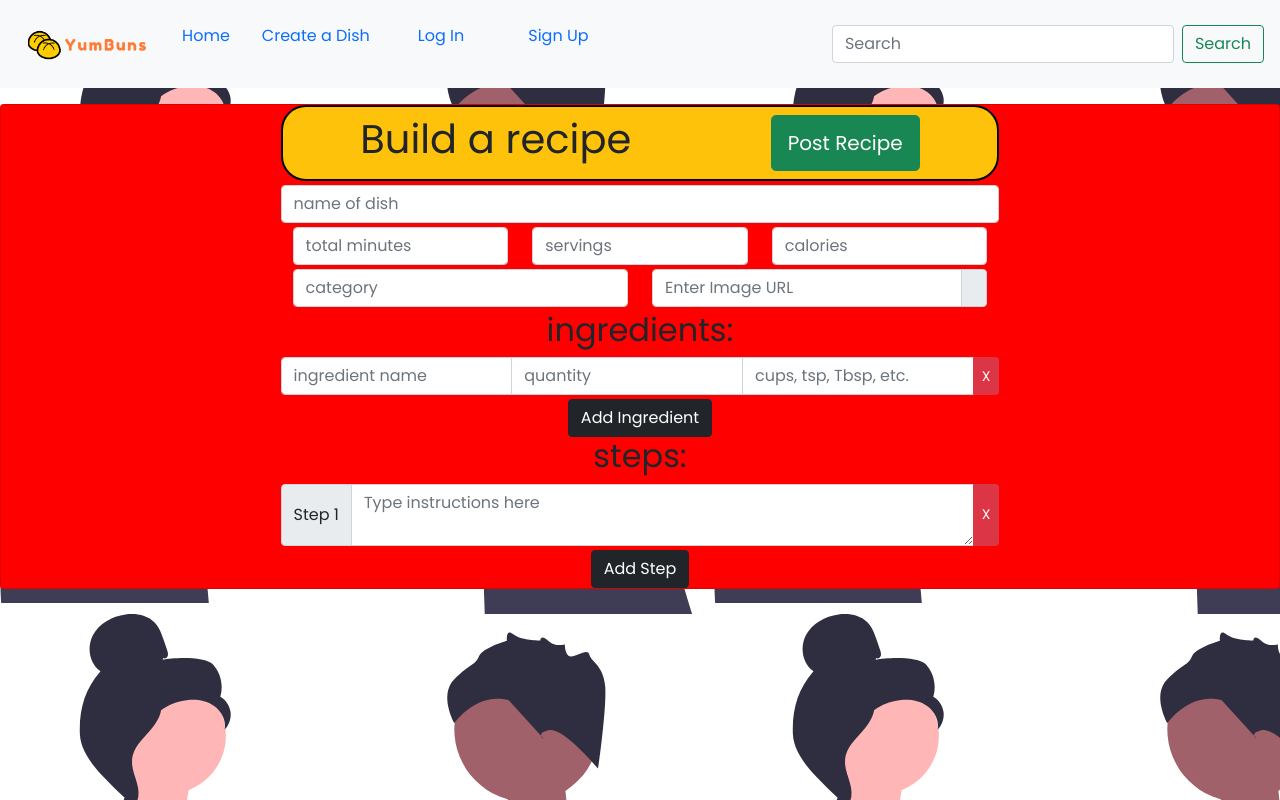
Repository: mottad14/yumBuns
Page: /create (app in client/)
The author's editor kept a copy of each file at every save. The page is drawn from the files as they stood at one save, then again after the next save.
The browser window is 1280 px wide. The pictures show the whole page.
Some web fonts or font styles are not loaded; a fallback is used. The project was rebuilt for these pictures with package versions that can differ from the ones it lists, and the page was loaded fresh each time. Also part of the build but not shown: client/src/components/RecipePreview.js, client/src/views/Main.js, client/src/views/Login.js, client/src/views/NewAccount.js, client/src/views/Recipe.js, client/src/components/SubscribePop.css, client/src/components/SignUp.jsx, client/src/components/SubscribePop.js.

Above is the page before, as saved 2022-07-30 12:57:54.

### client/public/index.html
<!DOCTYPE html>
<html lang="en">
  <head>
    <meta charset="utf-8" />
    <link rel="icon" href="%PUBLIC_URL%/favicon.ico" />
    <meta name="viewport" content="width=device-width, initial-scale=1" />
    <meta name="theme-color" content="#000000" />
    <meta
      name="description"
      content="Web site created using create-react-app"
    />
    <!--
      Notice the use of %PUBLIC_URL% in the tags above.
      It will be replaced with the URL of the `public` folder during the build.
      Only files inside the `public` folder can be referenced from the HTML.

      Unlike "/favicon.ico" or "favicon.ico", "%PUBLIC_URL%/favicon.ico" will
      work correctly both with client-side routing and a non-root public URL.
      Learn how to configure a non-root public URL by running `npm run build`.
    -->
    <title>Yumbuns</title>
  </head>
  <body>
    <noscript>You need to enable JavaScript to run this app.</noscript>
    <div id="root"></div>
    <!--
      This HTML file is a template.
      If you open it directly in the browser, you will see an empty page.

      You can add webfonts, meta tags, or analytics to this file.
      The build step will place the bundled scripts into the <body> tag.

      To begin the development, run `npm start` or `yarn start`.
      To create a production bundle, use `npm run build` or `yarn build`.
    -->
  </body>
</html>

### client/src/index.js
import React from 'react';
import ReactDOM from 'react-dom';
import './index.css';
import App from './App';
import reportWebVitals from './reportWebVitals';
import {BrowserRouter} from "react-router-dom";

ReactDOM.render(
    <React.StrictMode>
      <BrowserRouter>
            <App />
      </BrowserRouter>
    </React.StrictMode>,
    document.getElementById('root')
);



// If you want to start measuring performance in your app, pass a function
// to log results (for example: reportWebVitals(console.log))
// or send to an analytics endpoint. Learn more: https://bit.ly/CRA-vitals
reportWebVitals();

### client/src/App.js
import React from 'react';
import 'bootstrap/dist/css/bootstrap.min.css';
import {Switch, Route} from "react-router-dom";
import './App.css';
import NavBar from './components/NavBar';
import Main from './views/Main';
import Login from './views/Login'
import NewAccount from "./views/NewAccount"
import Create from './views/Create';
import Recipe from './views/Recipe';
import SubscribePop from './components/SubscribePop';
import {useState, useEffect} from 'react'
import { AuthContextProvider } from "./contexts/AuthContext";
import eating from "./imgs/cooking.svg"



function App() {
  const [timedPopup, setTimedPopup] = useState (false);

  useEffect(() => {
    setTimeout(() => {
      setTimedPopup(true)
    }, 45000)
  }, [])


  return (

    <div className="App" style={{ backgroundImage: `url(${eating})` }}>
      <div >

          <div className="">
              <AuthContextProvider>
                <NavBar/>
                  <Switch>
                    <Route exact path="/">
                      <Main/>
                    </Route>

                    <Route exact path="/login">
                      <Login/>
                    </Route>

                    <Route exact path="/signup">
                      <NewAccount/>
                    </Route>

                    <Route path="/view/single/:_id">
                      <Recipe/>
                    </Route>

                    <Route exact path="/create">
                      <Create/>
                    </Route>
                  </Switch>

                  <SubscribePop trigger={timedPopup} setTrigger={setTimedPopup}>
                  </SubscribePop>
              </AuthContextProvider>

          </div>
       </div>
    </div>
  );
}

export default App;

### client/src/App.css
@import url('https://fonts.googleapis.com/css2?family=BIZ+UDGothic&family=Poppins&display=swap');

.App {
  font-family: 'BIZ UDGothic', sans-serif;
  font-family: 'Poppins', sans-serif;
  text-align: center;
  min-height: 800px;
}

.recipePreview{
  border: 3px solid rgb(177, 177, 177);
  min-height: 300px;
  width: 250px;
  background-color: rgb(254, 194, 10);
  border-left-style: dotted;
  border-right-style: dotted;
  border-radius: 10%;

}

.recipePreview > img{
  width: 95%;
  border-radius: 10%;
}
.recipePreview >div{
  align-items: center;

}

.Logo{
  margin-left: 10px;
  height: 30px;
}

.sticky{
  position: sticky;
  top: 0;
  z-index: 999;
  background-color: rgb(254, 194, 10);
  border: 2px solid black;
  border-radius: 25px;
}

.thumbnailBox > img{
  height: 40px;
}

.thumbnailBox > img:hover{
  height: 125px;
}

### client/src/components/NavBar.js
import React from "react";
import { Link } from "react-router-dom"
import Nav from 'react-bootstrap/Nav';
import YumBuns from "../imgs/YumBunsLogo.png"

const NavBar = (props) => {
    return(
            <nav className="navbar navbar-expand-sm bg-light mb-3">
                <Link className="navbar-brand mx-3" to="/">  <img className="Logo" src={YumBuns} alt="Logo" /> </Link>

                <div className="collapse navbar-collapse" id="navbarSupportedContent">
                <ul className="navbar-nav me-auto mb-2 mb-lg-0">
                    <li className="nav-item">
                    <Nav.Link> <Link className="nav-link btn-outline-warning" aria-current="page" to="/">Home</Link> </Nav.Link>
                    </li>
                    <li className="nav-item">
                    <Nav.Link> <Link className="nav-link btn-outline-warning" to="/create">Create a Dish</Link> </Nav.Link>
                    </li>
                    <li className="nav-item">
                    <Nav.Link> <Link className="nav-link d-flex mx-3 btn-outline-warning" to="/login"> Log In</Link> </Nav.Link>
                    </li>
                    <li className="nav-item">
                    <Nav.Link>  <Link className="nav-link d-flex mx-3 btn-outline-warning" to="/signup">    <p onClick={() => props.setTrigger(true)}> Sign Up </p>    </Link> </Nav.Link>
                    </li>
                </ul>
                <form className="d-flex mx-3" role="search">
                    <input className="form-control me-2" type="search" placeholder="Search" aria-label="Search" />
                    <button className="btn btn-outline-success" type="submit">Search</button>
                </form>
            </div>
            </nav>
    )
}

export default NavBar;

### client/src/views/Create.js
import React, {useState} from "react";
import axios from "axios"
import { useHistory } from "react-router-dom";
import { Card } from "react-bootstrap";


const Create = (props) => {
    const [form, setForm] = useState({
        name:"",
        minutes: 0,
        servings: null,
        calories: null,
        category: "",
        imgURL: "",
        steps:[""], //Steps is going to need its own onChange-handler
        ingredients:[ //Ingredients will also need its own onChange-handler
            {amount: "", name:"", measurement:""}
        ]
    })

    const history = useHistory();

    const onChangeHandler = (event) =>{
        setForm({
            ...form,
            [event.target.name]: event.target.value
        })
    }

    const onAddStep = (event)=>{
        event.preventDefault();
        const copyForm = {...form};
        copyForm.steps.push("")
        setForm(copyForm);

    }

    const onAddIngredient = (event) =>{
        event.preventDefault();
        const copyForm = {...form};
        copyForm.ingredients.push({ amount: undefined, name: "", measurement: ""})
        setForm(copyForm);
    }

    const onRemoveIngredient = (event, i)=>{
        event.preventDefault();
        const copyForm = {...form}
        copyForm.ingredients.splice(i,1)
        setForm(copyForm)
    }

    const onRemoveStep = (event, i)=>{
        event.preventDefault();
        const copyForm = {...form}
        copyForm.steps.splice(i,1)
        setForm(copyForm)
    }

    const onChangeStep = (event, i)=>{
        const copyForm = {...form};
        copyForm.steps[i] = event.target.value;
        setForm(copyForm)
    }

    const onChangeIngredient = (event, i) => {
        const copyForm = {...form};
        copyForm.ingredients[i][event.target.name] = event.target.value;
        setForm(copyForm);
    }

    const onSubmitHandler = (event) => {
        event.preventDefault();
        axios.post("http://localhost:8000/api/recipes/create", form)
            .then(res=>{
                history.push("/");
            })
            .catch(err=>{
                console.log(err)
            })
    };

    return (
        <Card style={{backgroundColor: "red"}}>

           <form className="d-block w-75 mx-auto" onSubmit={onSubmitHandler}>
               <div className="d-flex justify-content-around sticky d-block w-75 mx-auto p-2">
                    <h1> Build a recipe</h1>
                    <input type="submit" className="btn btn-lg btn-success" value="Post Recipe" />
                </div>

               <div className="form-group d-block w-75 mx-auto my-1">
                   <input type="text" name="name" onChange={onChangeHandler} className="form-control" placeholder="name of dish" />
               </div>

               <div className="row my-1 w-75 mx-auto">
                   <div className="col">
                       <input type="number" name="minutes" onChange={onChangeHandler} className="form-control" placeholder="total minutes" aria-label="minutes"/>
                   </div>
                    <div className="col">
                       <input type="number" name="servings" onChange={onChangeHandler} className="form-control" placeholder="servings" aria-label="servings"/>
                   </div>
                    <div className="col">
                       <input type="number" name="calories" onChange={onChangeHandler} className="form-control" placeholder="calories" aria-label="calories"/>
                   </div>
               </div>

                <div className="row my-1 w-75 mx-auto">
                   <div className="col">
                       <input type="text" name="category" onChange={onChangeHandler} className="form-control" placeholder="category" aria-label="category"/>
                   </div>
                    <div className="col input-group">
                       <input type="text" name="imgURL" onChange={onChangeHandler} className="form-control" placeholder="Enter Image URL" aria-label="imageURL"/>
                       <span className="input-group-text thumbnailBox">{form.imgURL.length > 0 && <img src={form.imgURL} alt="image thumbnail" />}</span>
                   </div>
               </div>

               <h2>ingredients:</h2>
               {
                   form.ingredients.map((ingredient, i)=> {
                   return (
                       <div key={i} className="input-group my-1 mx-auto w-75">
                        <input type="text" value={ingredient.name} onChange={(event)=>onChangeIngredient(event, i)} className="form-control" placeholder="ingredient name" name="name" aria-label="amount" />
                        <input type="number" value={ingredient.amount} onChange={(event)=>onChangeIngredient(event, i)} className="form-control" placeholder="quantity" name="amount" aria-label="amount" />
                        <input type="text" value={ingredient.measurement} onChange={(event)=>onChangeIngredient(event, i)} className="form-control" placeholder="cups, tsp, Tbsp, etc." name="measurement" aria-label="amount"/>
                        <button  className="btn btn-sm btn-danger" onClick={(event)=>onRemoveIngredient(event, i)}>X</button>
                    </div>)
                   })
               }
                <button onClick={onAddIngredient} className="btn btn-dark">Add Ingredient</button>

               <h2>steps:</h2>
               {
                   form.steps.map((step, i)=>{
                       return <div key={i} className="input-group my-1 mx-auto w-75">
                                <span className="input-group-text" key={i}> Step {i+1}</span>
                                <textarea onChange={(event)=>onChangeStep(event, i)} value={step} placeholder="Type instructions here" className="form-control col-12" aria-label="With textarea"></textarea>
                                <button className="btn btn-sm btn-danger" onClick={(event)=>onRemoveStep(event, i)}>X</button>
                       </div>
                   })
               }
               <button onClick={onAddStep} className="btn btn-dark">Add Step</button>
           </form>

        </Card>
    )

}

export default Create;

### client/src/contexts/AuthContext.js
import { createContext, useContext, useEffect, useState } from "react";
import {createUserWithEmailAndPassword,
    signInWithEmailAndPassword,
    signOut,
    onAuthStateChanged}
    from "firebase/auth"
import { auth } from "../firebase";

const UserContext = createContext();

export const AuthContextProvider = ({children}) => {
    const [user, setUser] = useState({})

    const createUser = (email, password) => {
        return (createUserWithEmailAndPassword(auth, email, password))
    }

    const signIn = (email, password) => {
        return signInWithEmailAndPassword(auth, email, password)
    }

    const logout = () =>{
        return signOut(auth);
    }

    useEffect (() => {
        const unsubscribe = onAuthStateChanged(auth, (currentUser) => {
            console.log(currentUser)
            setUser(currentUser)
        })
        return (() => {
            unsubscribe()
        })
    }, [])

    return (
        <UserContext.Provider value={{ createUser, user, signIn, logout }}>
            {children}
        </UserContext.Provider>
    )
}

export const UserAuth = () =>{
    return useContext(UserContext)
}

### client/src/firebase.js
// Import the functions you need from the SDKs you need
import { initializeApp } from "firebase/app";
import { getAuth } from "firebase/auth";
// TODO: Add SDKs for Firebase products that you want to use
// https://firebase.google.com/docs/web/setup#available-libraries

// Your web app's Firebase configuration
console.log(`The current api key is: ${process.env.REACT_APP_FIREBASE_API_KEY}`)
const firebaseConfig = {
  apiKey: process.env.REACT_APP_FIREBASE_API_KEY,
  authDomain: process.env.REACT_APP_FIREBASE_AUTH_DOMAIN,
  projectId: process.env.REACT_APP_FIREBASE_PROJECT_ID,
  storageBucket: process.env.REACT_APP_FIREBASE_STORAGE_BUCKET,
  messagingSenderId: process.env.REACT_APP_FIREBASE_MESSAGING_SENDER_ID,
  appId: process.env.REACT_APP_FIREBASE_APP_ID,
  measurementId: process.env.REACT_APP_FIREBASE_MEASUREMENT_ID
};

// Initialize Firebase
const app = initializeApp(firebaseConfig);
export const auth = getAuth(app);
export default app;

Loaded but not shown: client/src/index.css (common file); client/src/reportWebVitals.js (common file)

After the next save:
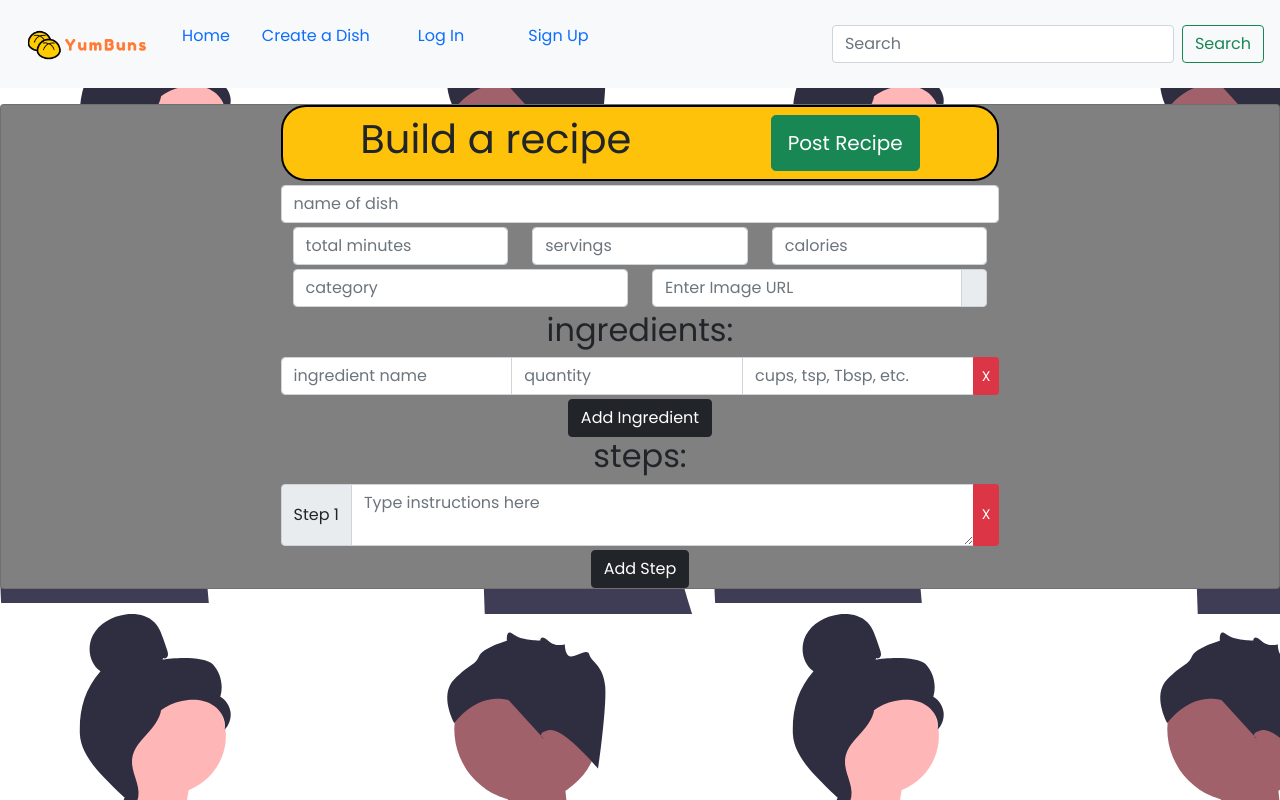
Saved 7 s later.
--- a/client/src/views/Create.js
+++ b/client/src/views/Create.js
@@ -80,7 +80,7 @@ const Create = (props) => {
     };
 
     return (
-        <Card style={{backgroundColor: "red"}}>
+        <Card style={{backgroundColor: "gray"}}>
 
            <form className="d-block w-75 mx-auto" onSubmit={onSubmitHandler}>
                <div className="d-flex justify-content-around sticky d-block w-75 mx-auto p-2">
